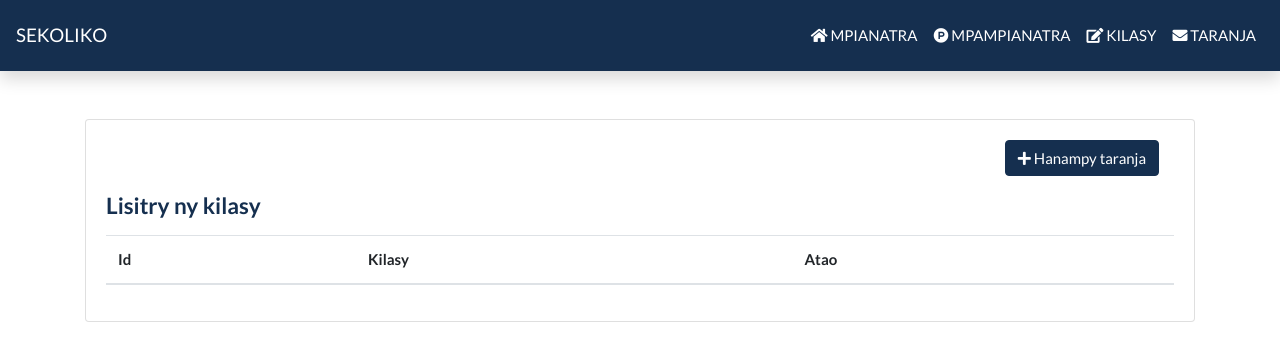
Repository: niainamahefa/j2ee-sekoliko
Page: http://localhost/Ecole/classe
The author's editor kept a copy of each file at every save. The page is drawn from the files as they stood at one save, then again after the next save.
The browser window is 1280 px wide. The pictures show the whole page.
The page is served by Tomcat 9. Other server files are loaded and not shown. Queries for data that is not in the repository find no rows.

Above is the page before, as saved 2021-02-04 20:10:36.

### Ecole/WebContent/WEB-INF/classe.jsp
<%@ page language="java" contentType="text/html; charset=ISO-8859-1"
    pageEncoding="ISO-8859-1"%>
<%@ taglib uri="http://java.sun.com/jsp/jstl/core" prefix="c" %>
<!DOCTYPE html>
<html>
<head>
<meta charset="ISO-8859-1">
<title>Sekoliko</title>
    <!-- Bootstrap core CSS -->
	<link href="./assets/css/bootstrap.min.css" rel="stylesheet">
	  <link href="./assets/fontawesome-free/css/all.min.css" rel="stylesheet" type="text/css">
</head>
<body>
	<nav class="navbar navbar-expand-lg  navbar-dark  bg-primary  shadow container-fluid">

            <a class="navbar-brand lnav" href="#" data-scroll="acceuill">SEKOLIKO</a>
            <button class="navbar-toggler" type="button" data-toggle="collapse" data-target="#navbarNav" aria-controls="navbarNav" aria-expanded="false" aria-label="Toggle navigation">
                <span class="navbar-toggler-icon"></span>
            </button>
            <div class="collapse navbar-collapse " id="navbarNav">
                <ul class="navbar-nav ml-auto">
                  <li class="nav-item">
                    <a class="nav-link lnav" href="accueil" data-scroll="acceuill"><i class="fas fa-home "></i> MPIANATRA <span class="sr-only">(current)</span></a>
                </li>
                <li class="nav-item">
                    <a class="nav-link lnav" href="professeur" data-scroll="produit"><i class="fab fa-product-hunt"></i> MPAMPIANATRA</a>
                </li>
                <li class="nav-item">
                        <a class="nav-link lnav" href="classe" data-scroll="inscription"><i class ="fa fa-edit"></i> KILASY</a>
                    </li>
                <li class="nav-item">
                    <a class="nav-link lnav" href="matiere" data-scroll="contact"><i class ="fa fa-envelope"></i> TARANJA</a>
                </li>
            </ul>
        </div>
    </nav>

    <div class="container mt-5">
    	<div class="card">
    		<div class="card-body">
    		 <div class="container text-right">
    		 	<a href="<%= request.getContextPath()%>/nouveau" class="btn btn-primary"  ><i class ="fas fa-plus"></i> Hanampy taranja</a>
    		 </div>
    			<table class="table mt-3 " id="table_charge">
    			<h4 class="text-primary mt-3 font-weight-bold">Lisitry ny kilasy </h4>
                    <thead>
                        <tr>
                            <th>Id</th>
                            <th>Kilasy</th>
                            <th>Atao</th>
                        </tr>
                    </thead>
                    <tbody>
                       <c:forEach var="classe" items="${listClasse }">
                            <tr>
                           		 <td><c:out value="${classe.mat_id }"/></td>
                                <td><c:out value="${classe.mat_nom }"/></td>
                                <td>
                                <a class="btn btn-sm btn-success" href="editer?mat_id=<c:out value="${classe.mat_id }"/>" ><i class="fas fa-edit"></i></a>
                                <a class="btn btn-sm btn-danger" href="supprimer?mat_id=<c:out value="${classe.mat_id }"/>" ><i class="fas fa-trash"></i></a>
                                </td>
                            </tr>
                   		</c:forEach>
                    </tbody>
                </table>
    		</div>
    	</div>
    </div>

</body>
</html>

### Ecole/src/com/ecole/servlet/ClasseServlet.java
package com.ecole.servlet;

import java.io.IOException;
import java.sql.SQLException;
import java.util.List;

import javax.servlet.RequestDispatcher;
import javax.servlet.ServletException;
import javax.servlet.annotation.WebServlet;
import javax.servlet.http.HttpServlet;
import javax.servlet.http.HttpServletRequest;
import javax.servlet.http.HttpServletResponse;

import com.ecole.dao.ClasseDao;
import com.ecole.dao.MatiereDao;
import com.ecole.model.Classe;

/**
 * Servlet implementation class ClasseServlet
 */
@WebServlet("/ClasseServlet")
public class ClasseServlet extends HttpServlet {
	private static final long serialVersionUID = 1L;

	private ClasseDao classeDao;

    /**
     * @see HttpServlet#HttpServlet()
     */
    public ClasseServlet() {
        super();
        // TODO Auto-generated constructor stub
    }

    public void init()  throws ServletException {
    	classeDao = new ClasseDao();
    }
    /**
	 * @see HttpServlet#doPost(HttpServletRequest request, HttpServletResponse response)
	 */
	protected void doPost(HttpServletRequest request, HttpServletResponse response)
			throws ServletException, IOException {
		// TODO Auto-generated method stub
		doGet(request, response);
	}

	/**
	 * @see HttpServlet#doGet(HttpServletRequest request, HttpServletResponse response)
	 */
	protected void doGet(HttpServletRequest request, HttpServletResponse response)
			throws ServletException, IOException {
		// TODO Auto-generated method stub
				response.getWriter().append("Served at: ").append(request.getContextPath());

				String action = request.getServletPath();

				switch (action) {
				case "/nouveau":
					showAddForm(request, response);
					break;

				case "/inserer":
					try {
						insertClasse(request, response);
					} catch (SQLException e) {
						// TODO Auto-generated catch block
						e.printStackTrace();
					} catch (IOException e) {
						// TODO Auto-generated catch block
						e.printStackTrace();
					}
					break;

				case "/editer":
					showEditForm(request, response);
					break;

				case "/supprimer":
					try {
						deleteClasse(request, response);
					} catch (SQLException e) {
						// TODO Auto-generated catch block
						e.printStackTrace();
					} catch (IOException e) {
						// TODO Auto-generated catch block
						e.printStackTrace();
					}
					break;

				case "/modifier":
					updateClasse(request, response);
					break;

					default:
						listClasse(request, response);
						break;

				}
	}

	private void showAddForm(HttpServletRequest request, HttpServletResponse response)
			throws ServletException, IOException
	{
		 request.getRequestDispatcher("/WEB-INF/classe-form.jsp").forward(request, response);
	}

	// INSERT MATIERE
	private void insertClasse(HttpServletRequest request, HttpServletResponse response)
			throws SQLException, IOException
	{
		String cls_nom = request.getParameter("cls_nom");
		Classe classe = new Classe(cls_nom);
		classeDao.insertClasse(classe);
		response.sendRedirect("classe");

	}

	// DELETE MATIERE
	private void deleteClasse(HttpServletRequest request, HttpServletResponse response)
			throws SQLException, IOException
	{
		int cls_id = Integer.parseInt(request.getParameter("cls_id"));

		try {
			classeDao.deleteClasse(cls_id);
		} catch (Exception e) {
			// TODO: handle exception
			e.printStackTrace();
		}

		response.sendRedirect("classe");
	}

	// EDIT MATIERE
	private void showEditForm(HttpServletRequest request, HttpServletResponse response)
			throws ServletException, ServletException, IOException
	{

		int cls_id = Integer.parseInt(request.getParameter("cls_id"));

		Classe existingClasse;

		try {
			existingClasse = classeDao.selectClasse(cls_id);
			RequestDispatcher dispatcher = request.getRequestDispatcher("/WEB-INF/accueil.jsp");
			request.setAttribute("classe", existingClasse);
		} catch (Exception e) {
			e.printStackTrace();
		}
	}

	// UPDATE
	private void updateClasse(HttpServletRequest request, HttpServletResponse response)
			throws ServletException, ServletException, IOException
	{
		int cls_id = Integer.parseInt(request.getParameter("cls_id"));
		String cls_nom = request.getParameter("cls_nom");

		Classe classe = new Classe(cls_nom);
		classeDao.updateClasse(classe);
		response.sendRedirect("classe");

	}

	//DEFAULT
	private void listClasse(HttpServletRequest request, HttpServletResponse response)
			throws ServletException, ServletException, IOException {

		try {
			List<Classe> listClasse = classeDao.selectAllClasse();
			request.setAttribute("listClasse", listClasse);
			request.getRequestDispatcher("/WEB-INF/classe.jsp").forward(request, response);

		} catch (Exception e) {
			e.printStackTrace();
		}
	}





}

Loaded but not shown: Ecole/WebContent/assets/css/bootstrap.min.css (library); Ecole/WebContent/assets/fontawesome-free/css/all.min.css (library)

After the next save:
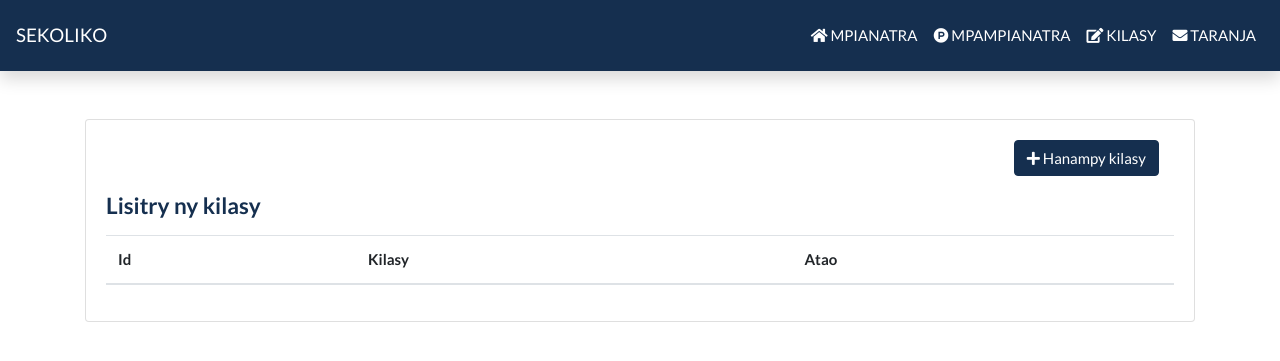
Saved 5 s later.
--- a/Ecole/WebContent/WEB-INF/classe.jsp
+++ b/Ecole/WebContent/WEB-INF/classe.jsp
@@ -39,7 +39,7 @@
     	<div class="card">
     		<div class="card-body">
     		 <div class="container text-right">
-    		 	<a href="<%= request.getContextPath()%>/nouveau" class="btn btn-primary"  ><i class ="fas fa-plus"></i> Hanampy taranja</a>
+    		 	<a href="<%= request.getContextPath()%>/nouveau" class="btn btn-primary"  ><i class ="fas fa-plus"></i> Hanampy kilasy</a>
     		 </div>
     			<table class="table mt-3 " id="table_charge">
     			<h4 class="text-primary mt-3 font-weight-bold">Lisitry ny kilasy </h4>
